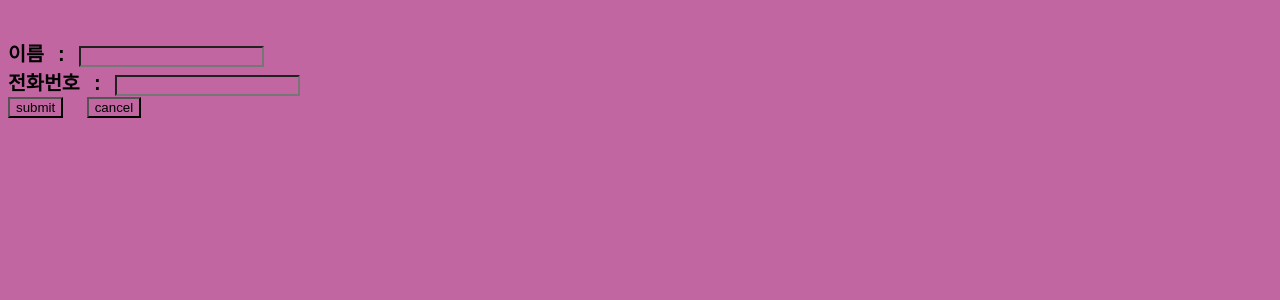
Repository: violetaplum/eclipseJSP
Page: http://localhost/JSP/include_param2.jsp
These files come from the project's save history. The page is drawn as it stood at one moment and after the next save; the edit follows.
The browser window is 1280 px wide. The pictures show the whole page.
The page is served by Tomcat 9. Other server files are loaded and not shown.

Above is the page before, as saved 2019-06-07 11:12:28.

### JSP/WebContent/include_param2.jsp
<%@page import="java.util.*" %>
<%@ page language="java" contentType="text/html; charset=UTF-8" pageEncoding="utf-8"%>
<!DOCTYPE html>
<html>
    <meta http-equiv="content-type" content="text/html;charset=utf-8" />
  <head>

<style>
*
{
  background: #c166a1;
}
</style>

<title>Include-param</title>
  </head>
  <body>
<pre>
<h2>
이름 : <input type="text" name="name" />
전화번호 : <input type="text" name="number" />
<input type="submit" value="submit" />  <input type="reset" value="cancel" />
</h2>
</pre>

  </body>
</html>

After the next save:
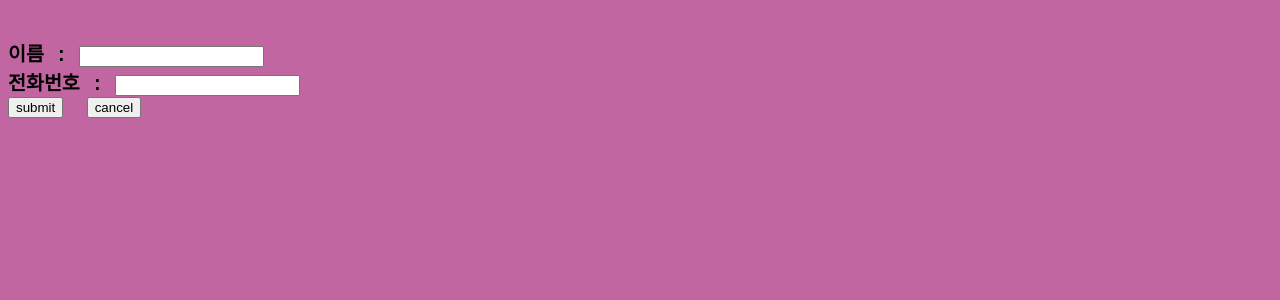
Saved 12 s later.
--- a/JSP/WebContent/include_param2.jsp
+++ b/JSP/WebContent/include_param2.jsp
@@ -6,7 +6,7 @@
   <head>
 
 <style>
-*
+body
 {
   background: #c166a1;
 }
